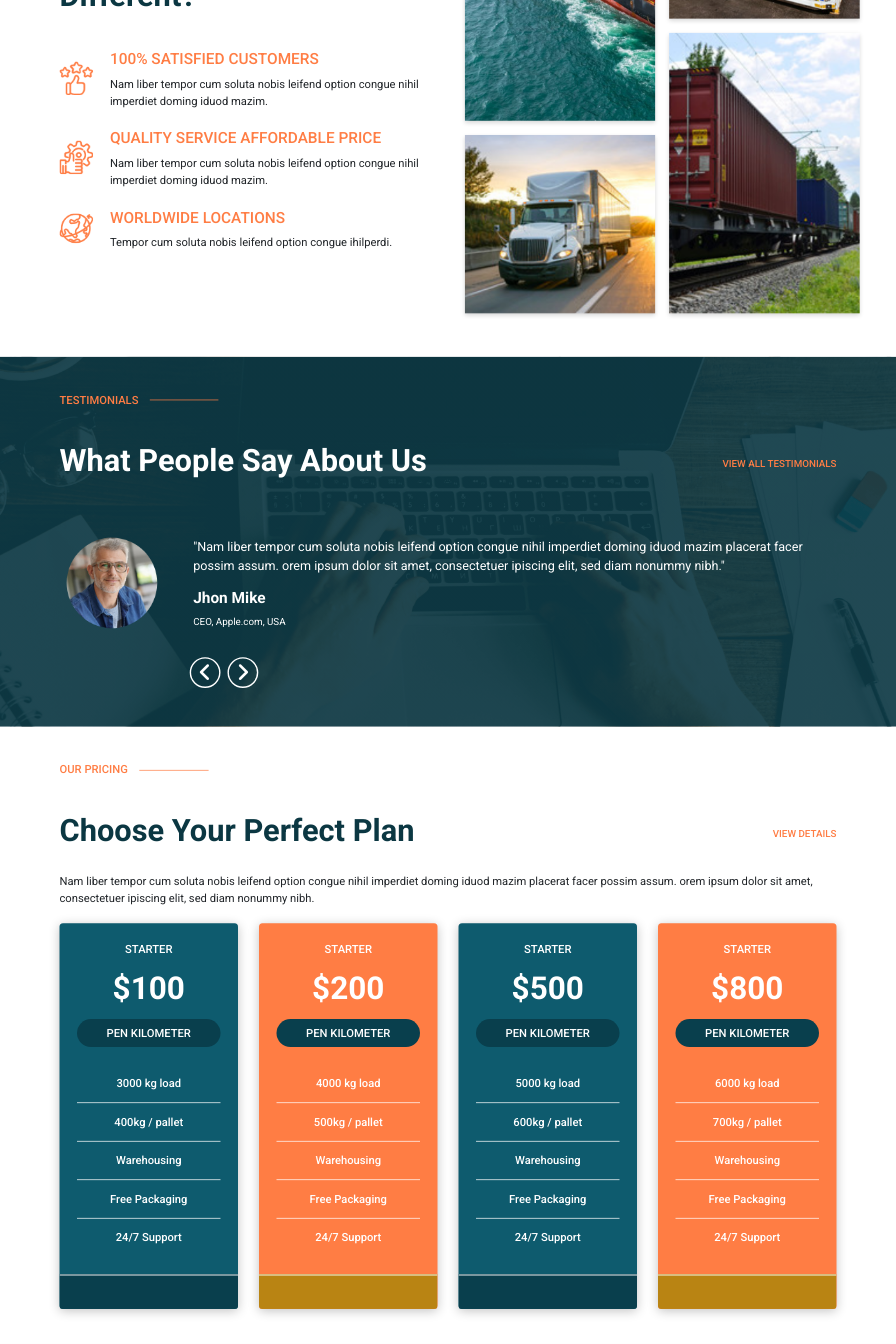
Repository: nazmulalok/shipping-theme
Page: index.html
The author's editor kept a copy of each file at every save. The page is drawn from the files as they stood at one save, then again after the next save.
The browser window is 1280 px wide. The pictures show the part of the page from y = 2697 to 4617 px (the page is 4617 px tall before and 4567 px after), at 70% of full size.
Some web libraries are served in a nearby version.

Above is the page before, as saved 2022-10-09 15:58:51.

After the next save:
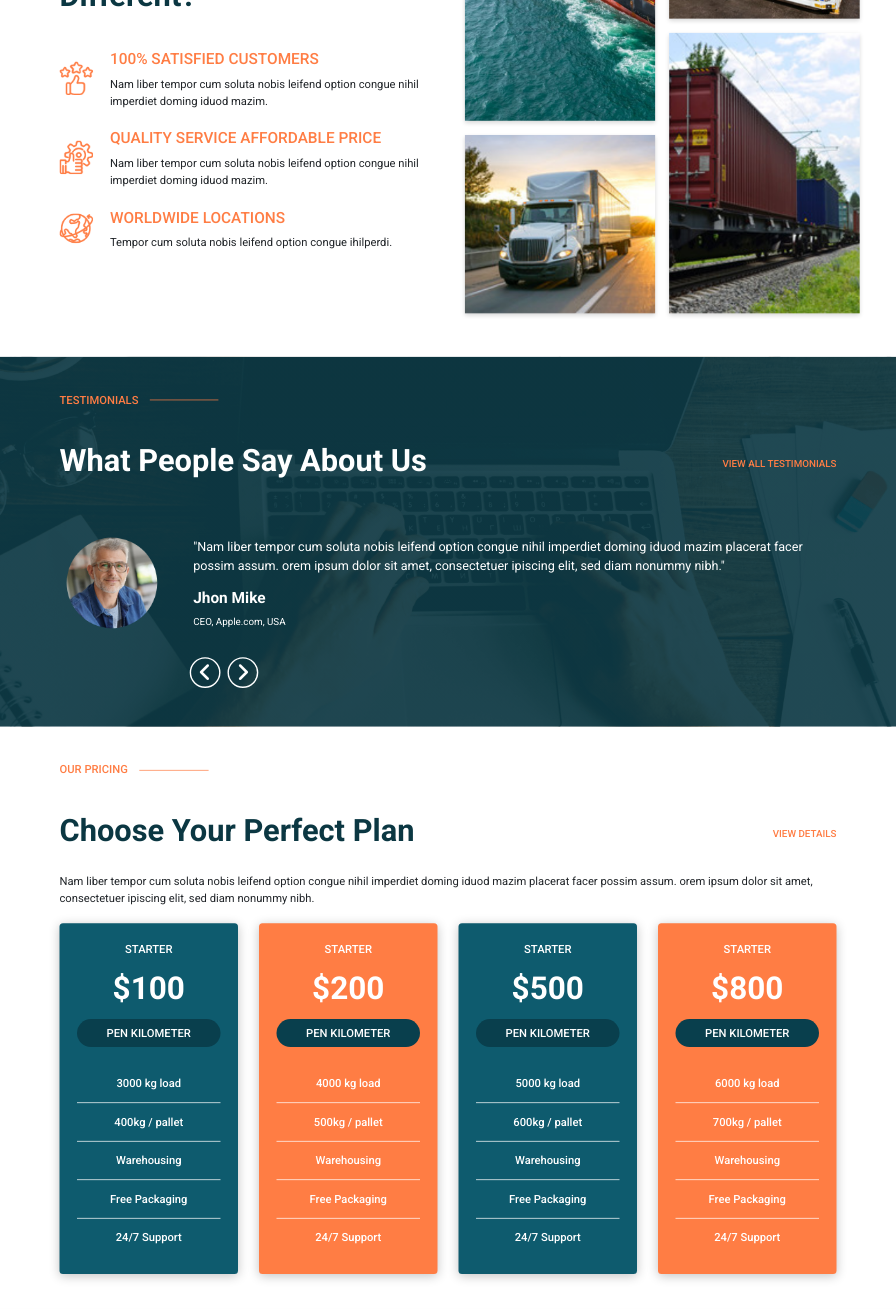
Saved 97 s later.
--- a/index.html
+++ b/index.html
@@ -363,7 +363,7 @@
                                     <li>24/7 Support</li>
                                 </ul>
                             </div>
-                            <div class="pricing-footer bg-blue">
+                            <div class="pricing-blue">
 
                             </div>
                         </div>
@@ -384,7 +384,7 @@
                                     <li>24/7 Support</li>
                                 </ul>
                             </div>
-                            <div class="pricing-footer bg-orange">
+                            <div class="pricing-orange">
 
                             </div>
                         </div>
@@ -405,7 +405,7 @@
                                     <li>24/7 Support</li>
                                 </ul>
                             </div>
-                            <div class="pricing-footer bg-blue">
+                            <div class="pricing-blue">
 
                             </div>
                         </div>
@@ -426,7 +426,7 @@
                                     <li>24/7 Support</li>
                                 </ul>
                             </div>
-                            <div class="pricing-footer bg-orange">
+                            <div class="pricing-orange">
 
                             </div>
                         </div>
